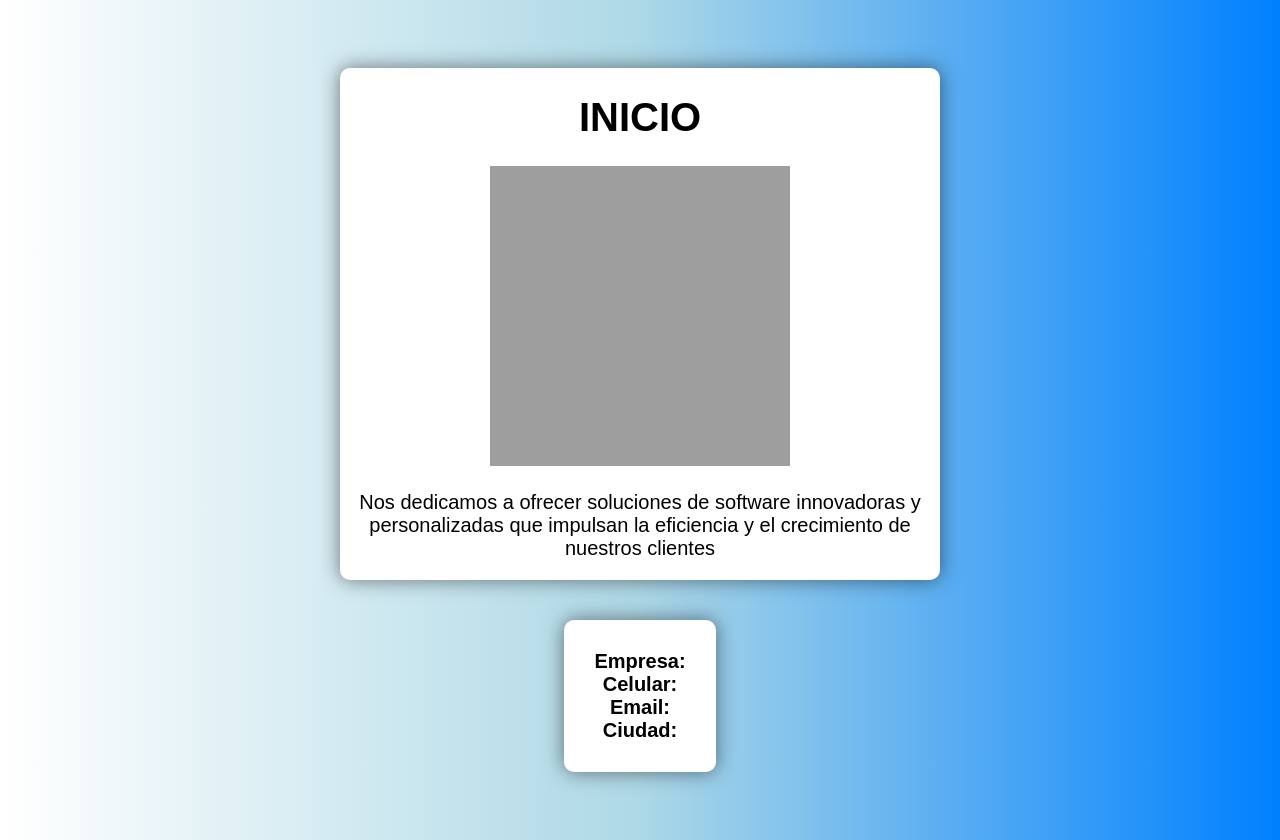
Repository: ANGELEDU141/TAREAWEBEWJASJDASJ
Page: http://localhost/JAVAWEBTAREA/WEB-INF/views/bienvenido.jsp
An editor plug-in stored every save of this project. The page is shown before and after the next save, followed by the edit.
The browser window is 1280 px wide. The pictures show the whole page.
Pictures or frames that could not be fetched are drawn as grey boxes. The page is served by Tomcat 9. Nobody is signed in. Other server files are loaded and not shown. The template is opened directly, without the code that normally fills it, so the values that code supplies are empty.

Above is the page before, as saved 2024-09-01 04:53:05.

### JAVAWEBTAREA/src/main/webapp/WEB-INF/views/bienvenido.jsp
<%@ page language="java" contentType="text/html; charset=UTF-8"
    pageEncoding="UTF-8"%>
<!DOCTYPE html>
<html>
<head>
<meta charset="UTF-8">
<title>INICIO</title>
<style>
    body {
        margin: 0;
        padding: 60px;
        height: 100vh;
        display: flex;
        align-items:center;
         flex-direction: column;
        justify-content: center; /* Centra horizontalmente */
        align-items: center; /* Centra verticalmente */
        font-family: Arial, sans-serif;
		background: linear-gradient(to right, rgb(255, 255, 255), rgb(173, 216, 230), rgb(0, 128, 255));

    }
    .container {

        max-width: 600px;

        background-color: white;
        box-shadow: 0px 0px 20px rgba(0, 0, 0, 0.5);
        text-align: center;
        border-radius: 10px;
        font-size: 20px;

    }
       .contac {

 		margin-top: 40px;
        max-width: 600px;
        padding: 30px;
 		border: 20px;
        background-color: white;
        box-shadow: 0px 0px 20px rgba(0, 0, 0, 0.5);
        text-align: center;
        border-radius: 10px;
        font-size: 20px;}

    }
</style>
</head>
<body>
    <div class="container">
        <h1>INICIO</h1>
        <img  width="300" height="300" src="https://static.vecteezy.com/system/resources/previews/008/214/517/non_2x/abstract-geometric-logo-or-infinity-line-logo-for-your-company-free-vector.jpg">
        <p> Nos dedicamos a ofrecer soluciones de software innovadoras y personalizadas que impulsan la eficiencia y el crecimiento de nuestros clientes </p>
    </div>

    	<div  class="contac">

	<b> Empresa:</b> ${empresa}<br>
	<b> Celular:</b> ${celular}<br>
	<b> Email:</b> ${email}<br>
	<b> Ciudad:</b> ${ciudad}


	</div>
</body>

After the next save:
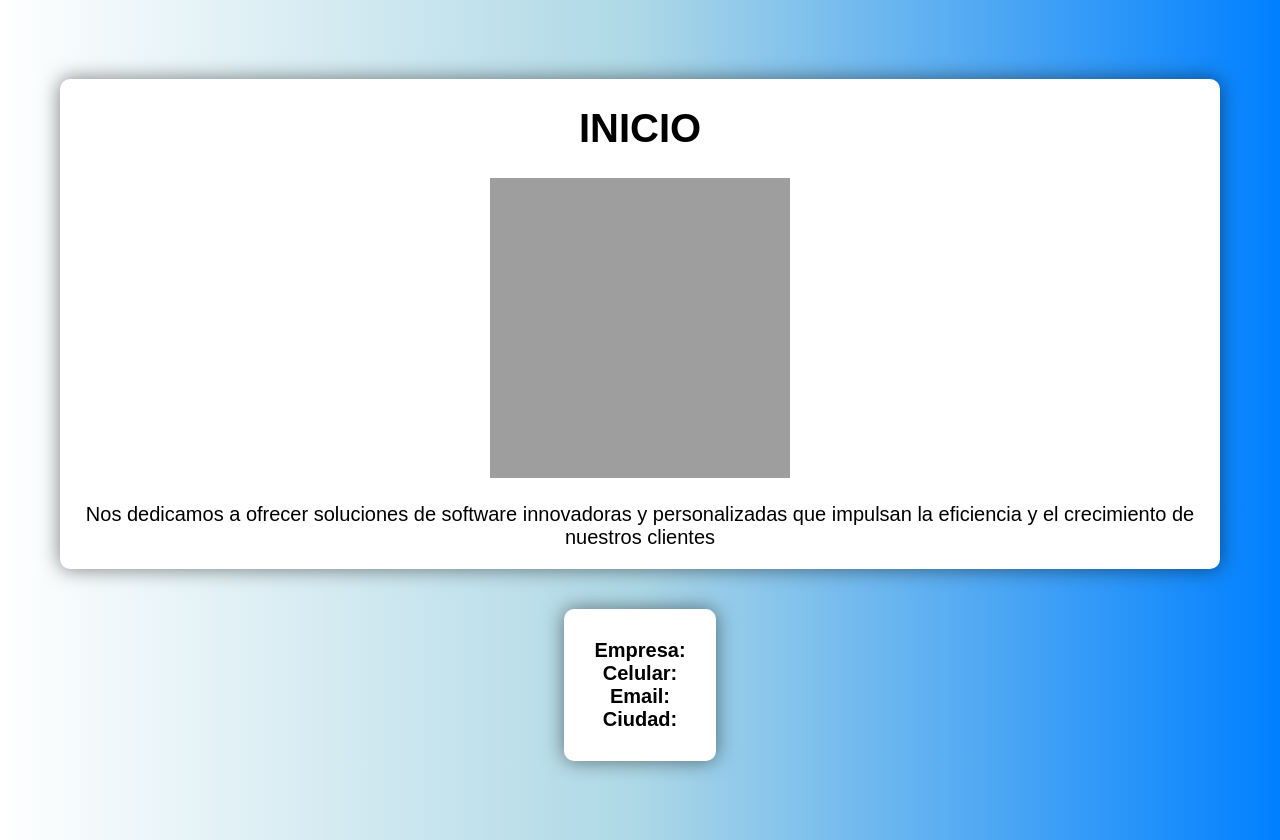
Saved 5 min 43 s later.
--- a/JAVAWEBTAREA/src/main/webapp/WEB-INF/views/bienvenido.jsp
+++ b/JAVAWEBTAREA/src/main/webapp/WEB-INF/views/bienvenido.jsp
@@ -20,9 +20,6 @@
 
     }
     .container {
-
-        max-width: 600px;
-
         background-color: white;
         box-shadow: 0px 0px 20px rgba(0, 0, 0, 0.5);
         text-align: center;

After the save that followed:
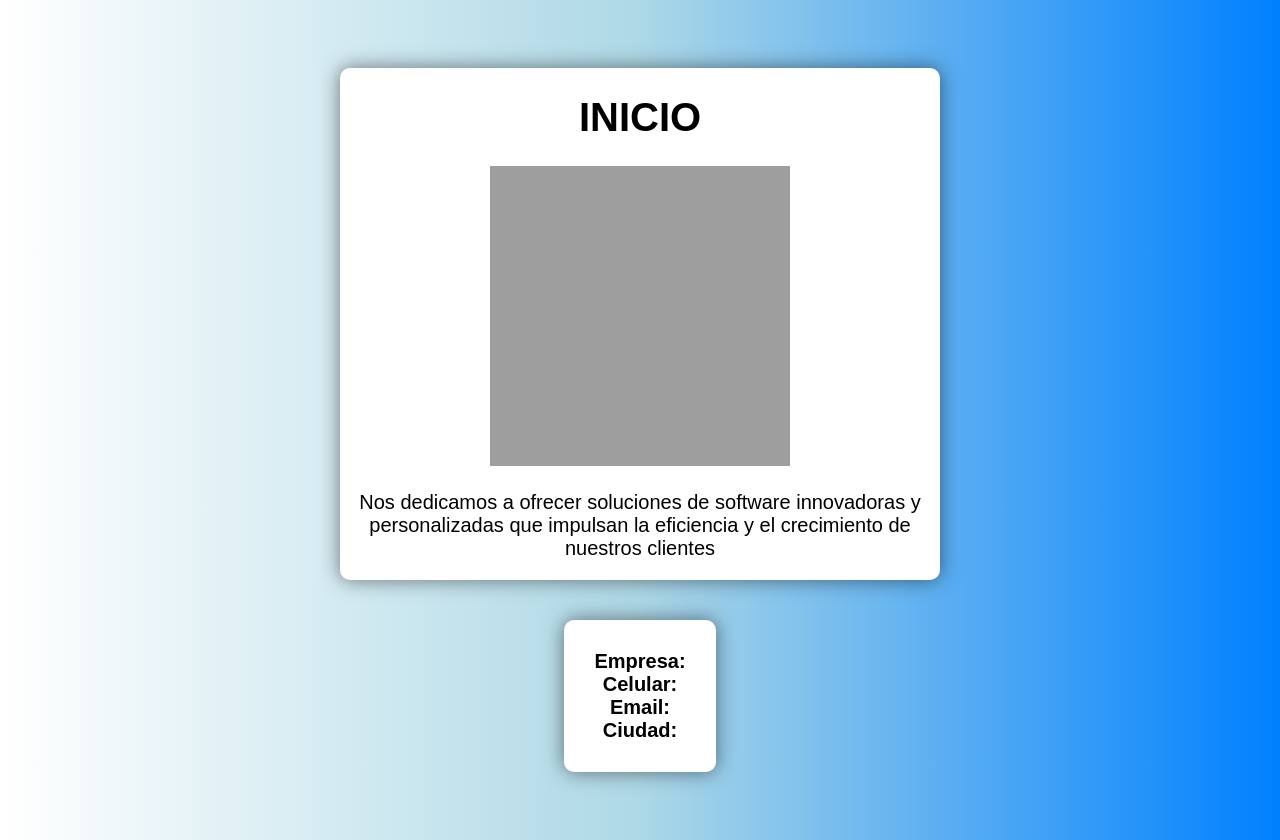
Saved 27 s later.
--- a/JAVAWEBTAREA/src/main/webapp/WEB-INF/views/bienvenido.jsp
+++ b/JAVAWEBTAREA/src/main/webapp/WEB-INF/views/bienvenido.jsp
@@ -20,6 +20,9 @@
 
     }
     .container {
+
+        max-width: 600px;
+
         background-color: white;
         box-shadow: 0px 0px 20px rgba(0, 0, 0, 0.5);
         text-align: center;
